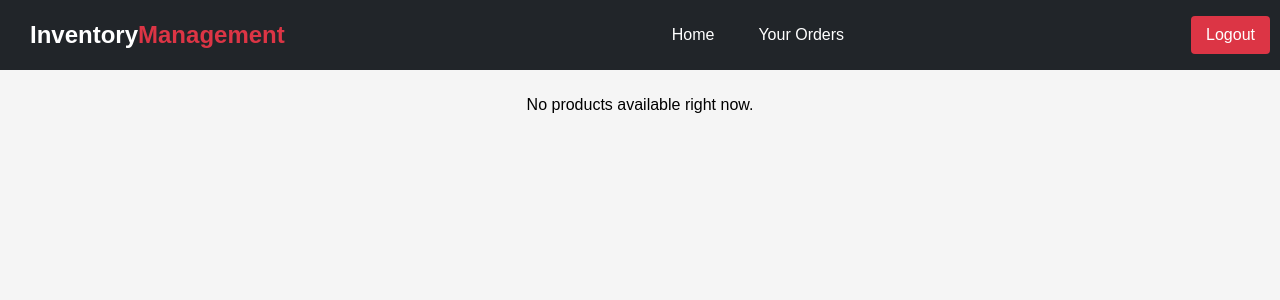
Repository: Fail2/Inventory_Management
Page: http://localhost/accounts/buyer/home/
An editor plug-in stored every save of this project. The page is shown before and after the next save, followed by the edit.
The browser window is 1280 px wide. The pictures show the whole page.
The page is served by the project's application, run on Django 5.2 (inventory_management/manage.py). Queries for data that is not in the repository find no rows.

Above is the page before, as saved 2025-05-02 22:09:22.

After the next save:
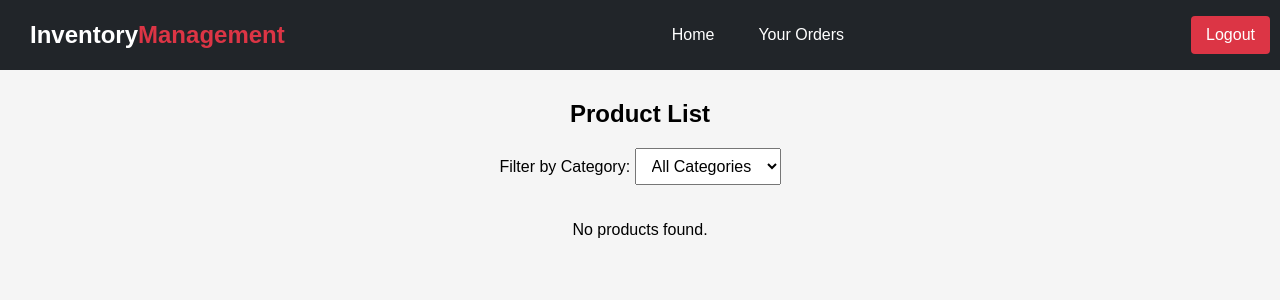
Saved 24 min 47 s later.
--- a/inventory_management/accounts/templates/accounts/buyer_home.html
+++ b/inventory_management/accounts/templates/accounts/buyer_home.html
@@ -1,22 +1,72 @@
 {% extends 'accounts/buyer_base.html' %}
+{% block title %}Product List{% endblock %}
+
+{% block extra_css %}
+<style>
+    .product-grid {
+        display: flex;
+        flex-wrap: wrap;
+        gap: 20px;
+        justify-content: center;
+    }
+    .product-card {
+        background: white;
+        border: 1px solid #ddd;
+        border-radius: 8px;
+        padding: 10px;
+        width: 200px;
+        box-shadow: 0 0 5px rgba(0,0,0,0.1);
+        text-align: center;
+    }
+    .product-card img {
+        max-width: 100%;
+        height: auto;
+        border-radius: 4px;
+    }
+    .product-card-content h5 {
+        margin: 10px 0 5px;
+    }
+    .product-card-content p {
+        margin: 5px 0;
+    }
+    .filter-form {
+        text-align: center;
+        margin-bottom: 20px;
+    }
+    .filter-form select {
+        padding: 8px 12px;
+        font-size: 16px;
+    }
+</style>
+{% endblock %}
 
 {% block content %}
-    <div class="products-container">
-        <div class="products">
-            {% for product in products %}
-            <div class="product">
-                <h3>{{ product.name }}</h3>
+<h2 style="text-align: center; margin-bottom: 20px;">Product List</h2>
+
+<form class="filter-form" method="get">
+    <label for="category-select">Filter by Category:</label>
+    <select name="category_id" id="category-select" onchange="this.form.submit()">
+        <option value="">All Categories</option>
+        {% for category in categories %}
+            <option value="{{ category.id }}" {% if selected_category_id == category.id|stringformat:'s' %}selected{% endif %}>
+                {{ category.name }}
+            </option>
+        {% endfor %}
+    </select>
+</form>
+
+<div class="product-grid">
+    {% for product in products %}
+        <div class="product-card">
+            <img src="{{ product.picture.url|default:'/media/product_images/default-image.jpg' }}" alt="{{ product.name }}">
+            <div class="product-card-content">
+                <h5>{{ product.name }}</h5>
                 <p>Price: ${{ product.price }}</p>
-                <p>Stock: {{ product.quantity }}</p>
-                <p>Category: {{ product.category.name }}</p>
-                {% if product.season %}
-                <p>Season: {{ product.season.name }}</p>
-                {% endif %}
-                <a class="buy-btn" href="{% url 'place_order' product.id %}">Buy Now</a>
+                <p>Quantity: {{ product.quantity }}</p>
             </div>
-            {% empty %}
-            <p style="text-align:center;">No products available right now.</p>
-            {% endfor %}
         </div>
-    </div>
+    {% empty %}
+        <p style="text-align: center; width: 100%;">No products found.</p>
+    {% endfor %}
+</div>
 {% endblock %}
